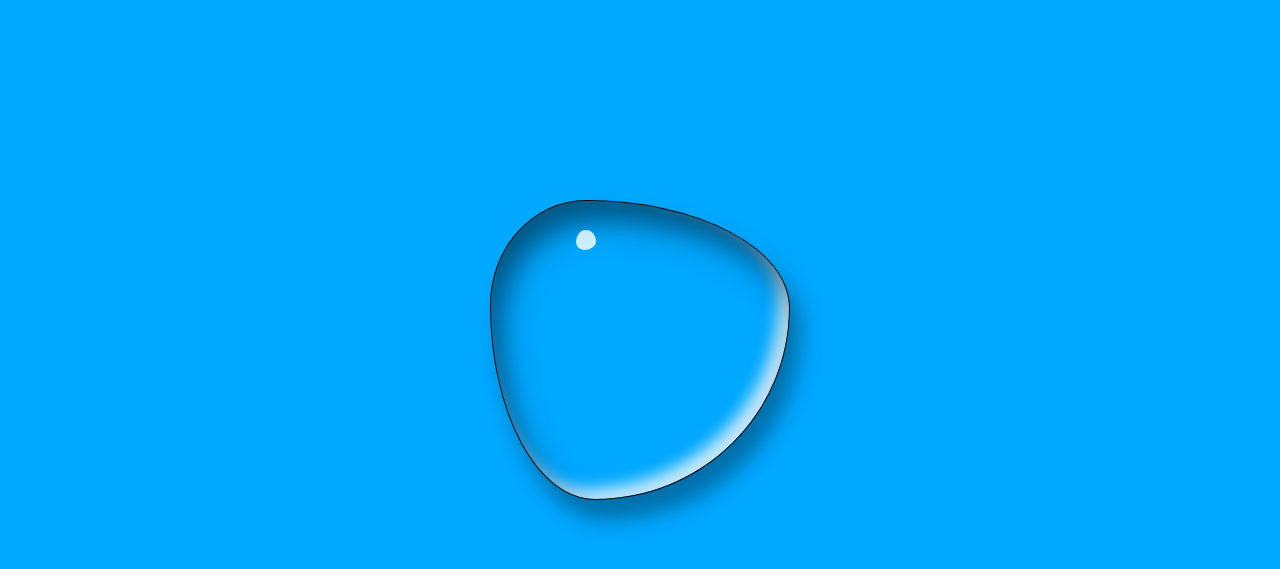
Repository: BlackCat328/CSS_Animation
Page: 52.水滴特效/demo.html
The author's editor kept a copy of each file at every save. The page is drawn from the files as they stood at one save, then again after the next save.
The browser window is 1280 px wide. The pictures show the whole page.

Above is the page before, as saved 2022-10-31 23:57:01.

### 52.水滴特效/demo.html
<!DOCTYPE html>
<html lang="en">

<head>
    <meta charset="UTF-8">
    <meta http-equiv="X-UA-Compatible" content="IE=edge">
    <meta name="viewport" content="width=device-width, initial-scale=1.0">
    <title>Document</title>
    <link rel="stylesheet" href="./demo.css">
</head>

<body>
    <div id="water"></div>
</body>

</html>

### 52.水滴特效/demo.css
* {
    margin: 0;
    padding: 0;
    box-sizing: border-box;
}

body {
    width: 100vw;
    height: 100vh;
    display: flex;
    justify-content: center;
    background-color: #00a8ff;
}

#water {
    margin-top: 200px;
    width: 300px;
    height: 300px;
    border: 1px solid;
    border-radius: 32% 68% 65% 35% / 35% 36% 64% 65%;
    box-shadow: inset 10px 20px 30px rgba(0, 0, 0, 0.5),
        10px 20px 20px rgba(0, 0, 0, 0.3),
        15px 15px 30px rgba(0, 0, 0, 0.05),
        inset -10px -10px 15px rgba(255, 255, 255, 0.8);
}

#water::after {
    content: '';
    width: 20px;
    height: 20px;
    position: absolute;
    top: 230px;
    left: 45%;
    background-color: rgba(255, 255, 255, 0.8);
    border-radius: 49% 51% 61% 39% / 59% 56% 44% 41%;
}

After the next save:
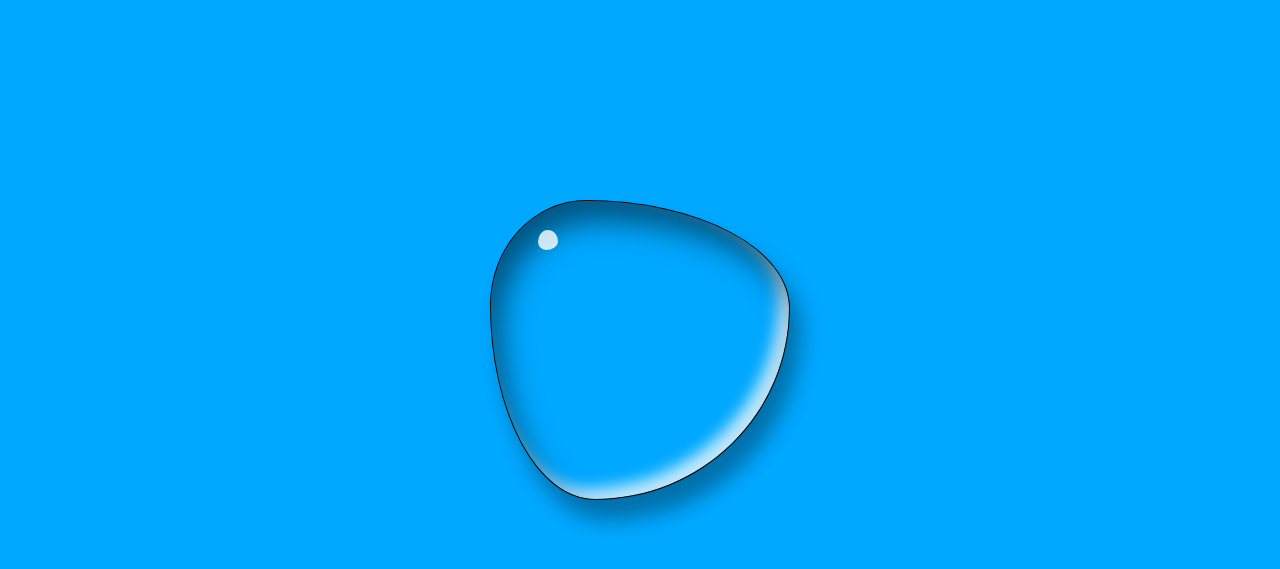
Saved 5 s later.
--- a/52.水滴特效/demo.css
+++ b/52.水滴特效/demo.css
@@ -30,7 +30,7 @@
     height: 20px;
     position: absolute;
     top: 230px;
-    left: 45%;
+    left: 42%;
     background-color: rgba(255, 255, 255, 0.8);
     border-radius: 49% 51% 61% 39% / 59% 56% 44% 41%;
 }
